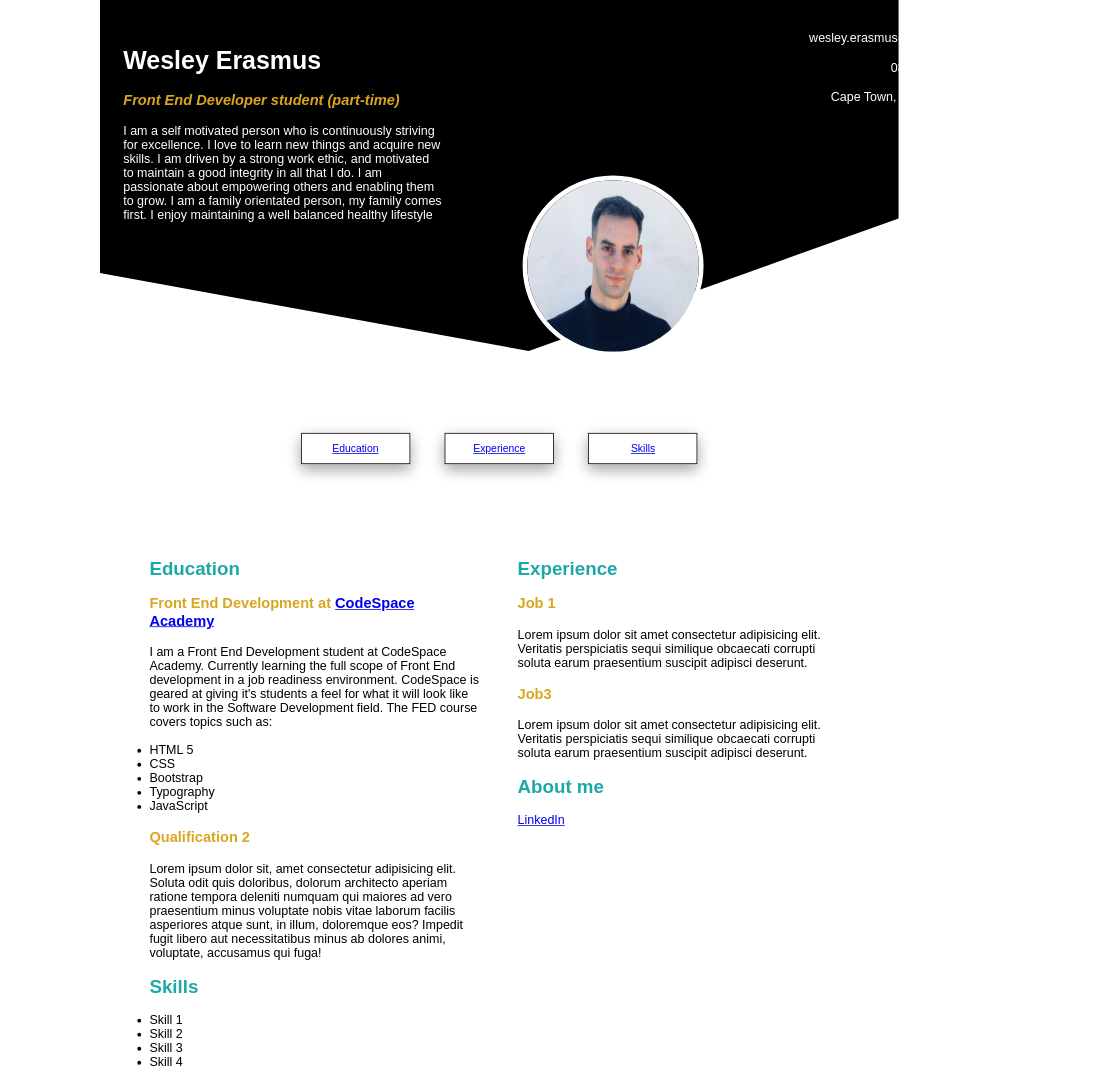
Repository: WesleyErasmus/myDigitalResume
Page: Resume-Projec-3/index.html
The author's editor kept a copy of each file at every save. The page is drawn from the files as they stood at one save, then again after the next save.
The browser window is 1280 px wide. The page is 1408 px wide, so the pictures cover 1408 px, including what lies to the right of the window. The pictures show the whole page, at 78% of full size.

Above is the page before, as saved 2022-02-12 15:15:57.

After the next save:
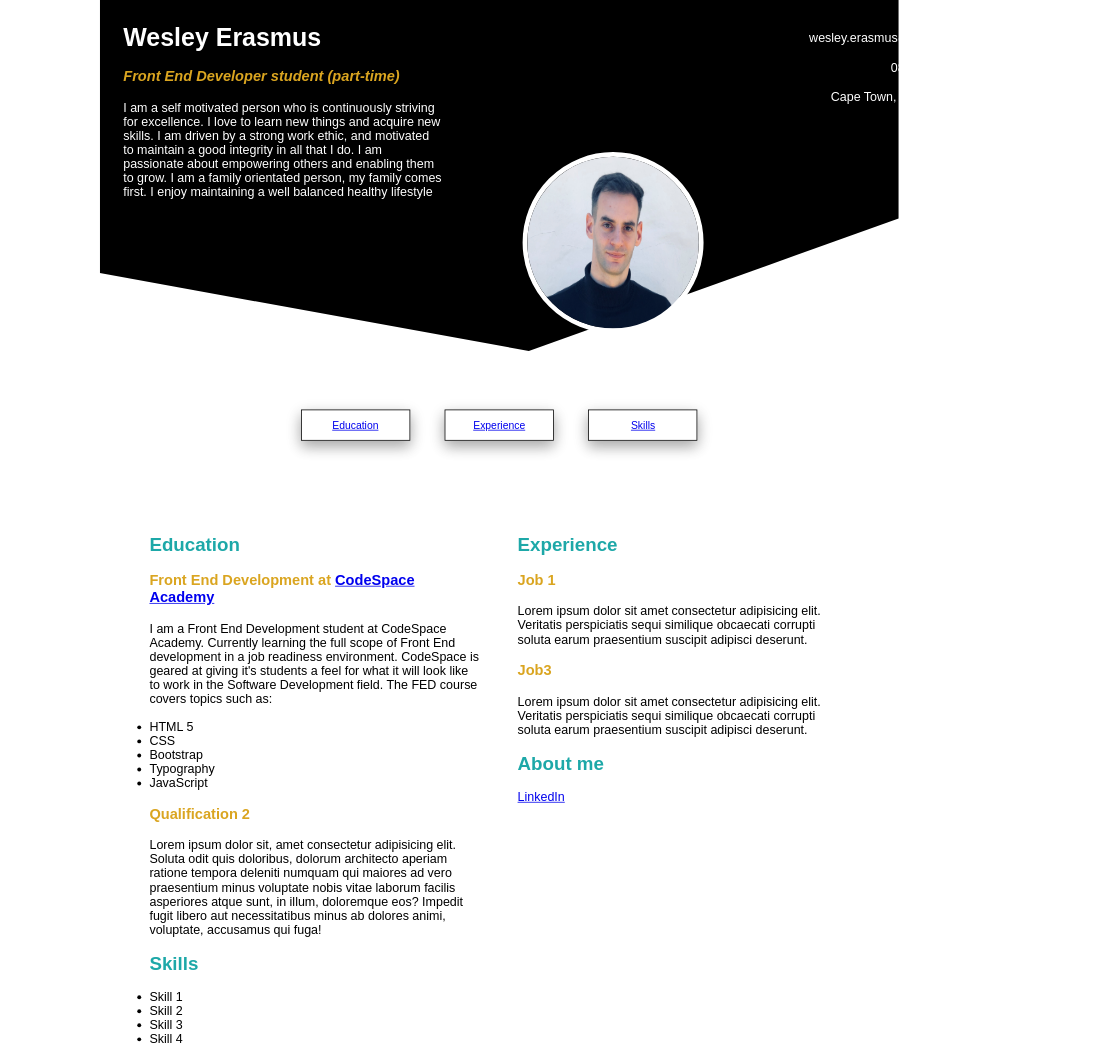
Saved 19 s later.
--- a/Resume-Projec-3/styles.css
+++ b/Resume-Projec-3/styles.css
@@ -7,7 +7,6 @@ body {
 max-width: 1024px;
 max-height: 830px;
 margin: 0 auto;
-padding: 30px;
 }
 header {
     width: 100%;
